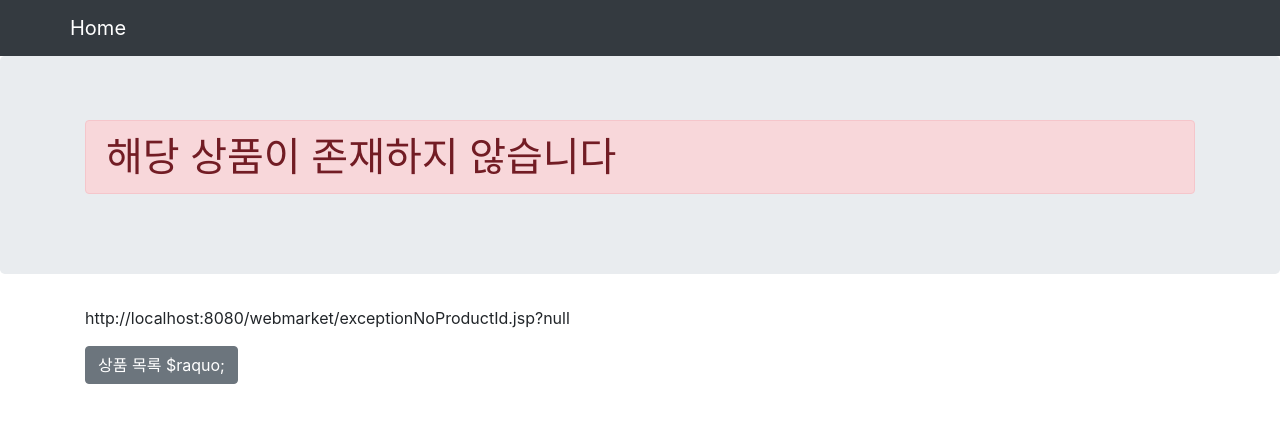
Repository: doyeong123/doyeonggit1
Page: http://localhost/webmarket/exceptionNoProductId.jsp
The author's editor kept a copy of each file at every save. The page is drawn from the files as they stood at one save, then again after the next save.
The browser window is 1280 px wide. The pictures show the whole page.
The page is served by Tomcat 9.

Above is the page before, as saved 2023-12-13 04:33:42.

After the next save:
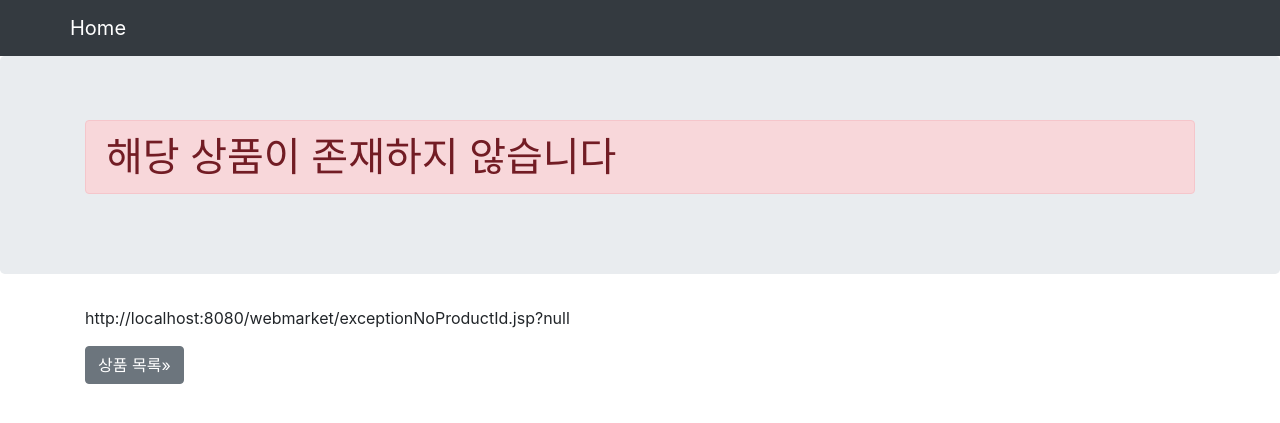
Saved 72 s later.
--- a/jsp/webmarket/src/main/webapp/exceptionNoProductId.jsp
+++ b/jsp/webmarket/src/main/webapp/exceptionNoProductId.jsp
@@ -16,7 +16,7 @@
 	</div>
 	<div class="container">
 		<p><%=request.getRequestURL() %>?<%=request.getQueryString() %>
-		<p> <a href="products.jsp" class="btn btn-secondary">상품 목록 $raquo;</a>
+		<p> <a href="products.jsp" class="btn btn-secondary">상품 목록&raquo;</a>
 	</div>
 
 </body>
